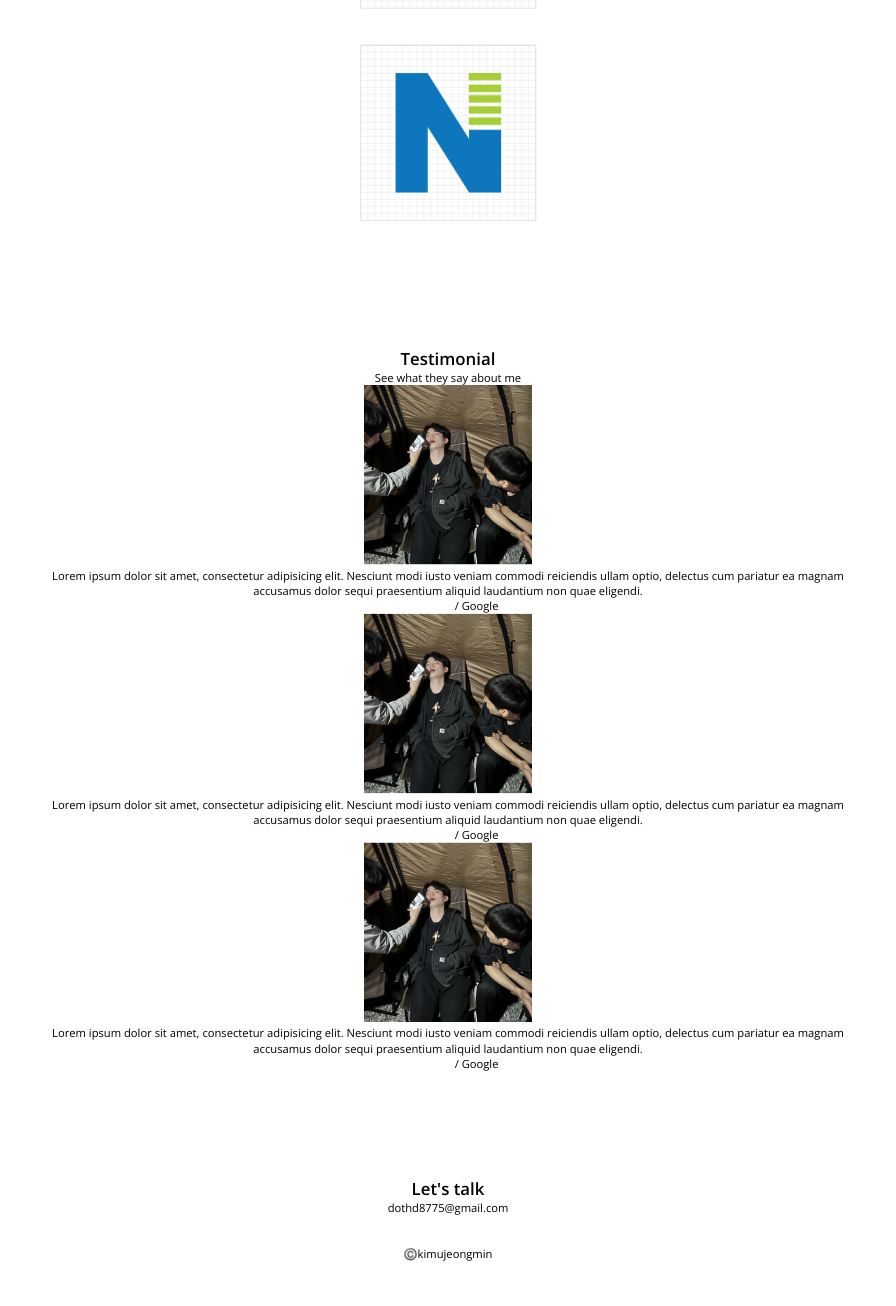
Repository: N1C0N1C0/Portfolio
Page: index.html
An editor plug-in stored every save of this project. The page is shown before and after the next save, followed by the edit.
The browser window is 1280 px wide. The pictures show the part of the page from y = 4410 to 6330 px (the page is 6276 px tall before and 6330 px after), at 70% of full size.
Some web libraries are served in a nearby version.

Above is the page before, as saved 2023-12-16 18:50:04.

After the next save:
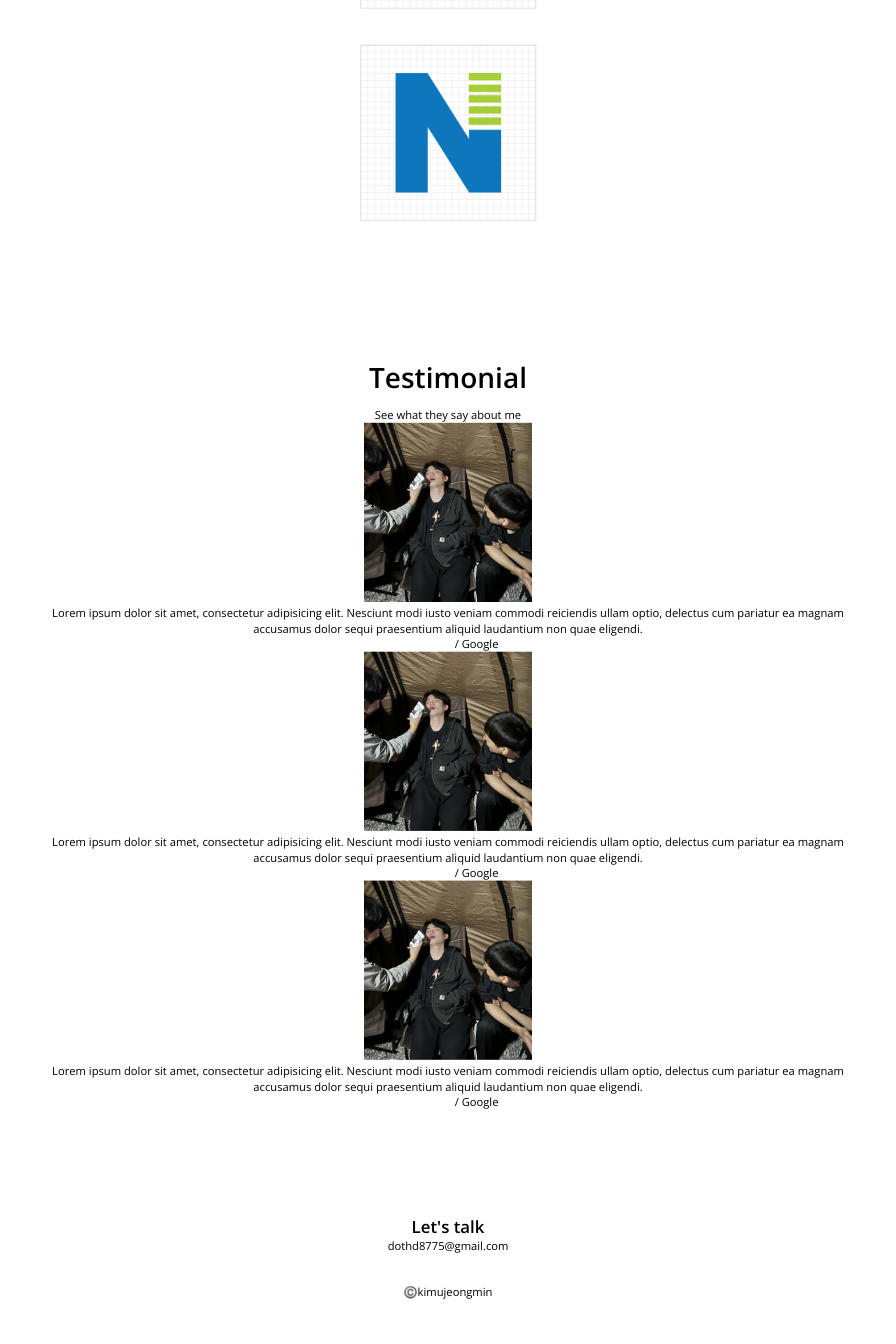
Saved 12 s later.
--- a/index.html
+++ b/index.html
@@ -216,7 +216,7 @@
         </section>
         <!-- Testimonials -->
         <section id="testimonials" class="section">
-            <h2>Testimonial</h2>
+            <h2 class="title">Testimonial</h2>
             <p>See what they say about me</p>
             <ul>
                 <li>
